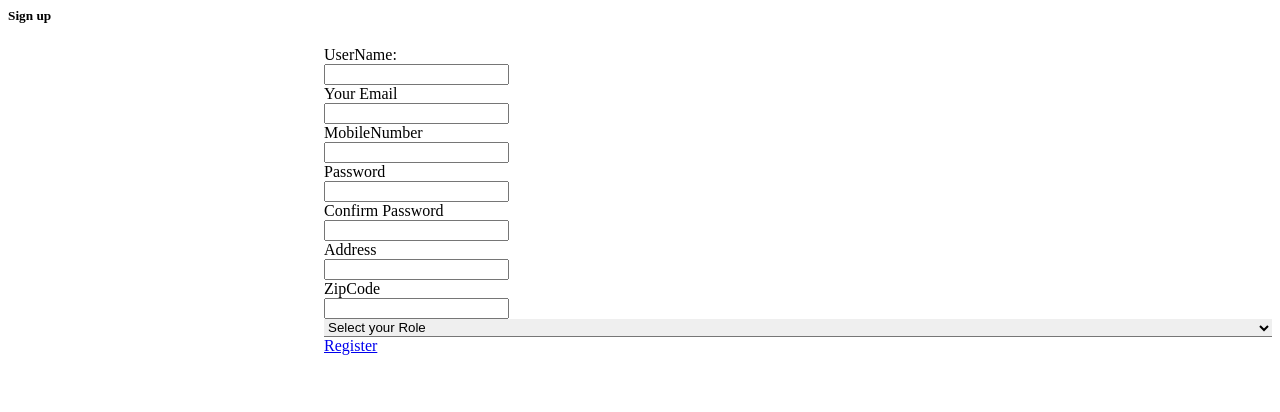
Repository: SUPRIGA/SecondProject
Page: CollaborationFrontEnd/src/main/webapp/user/register.html
These files come from the project's save history. The page is drawn as it stood at one moment and after the next save; the edit follows.
The browser window is 1280 px wide. The pictures show the whole page.

Above is the page before, as saved 2017-01-16 08:56:19.

After the next save:
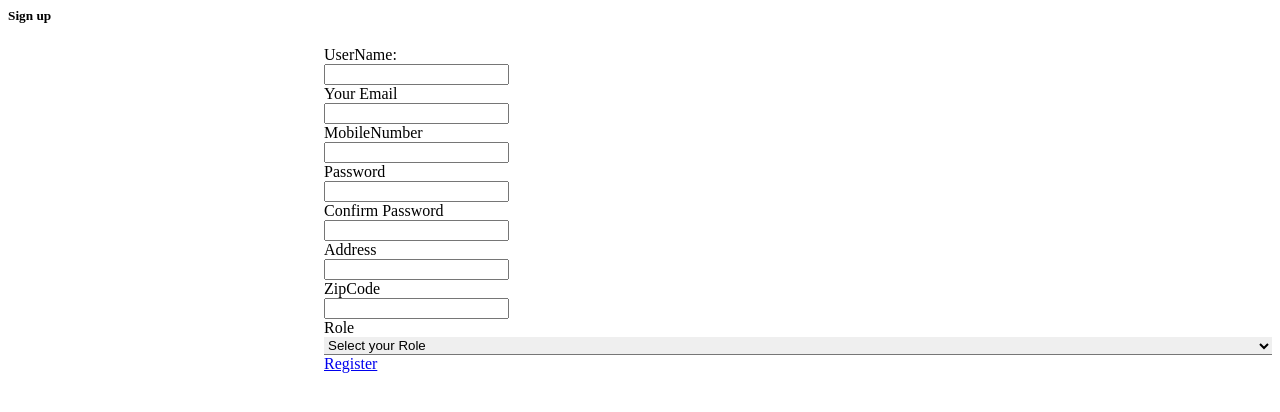
Saved 76 s later.
--- a/CollaborationFrontEnd/src/main/webapp/user/register.html
+++ b/CollaborationFrontEnd/src/main/webapp/user/register.html
@@ -210,14 +210,14 @@
 
 
                <div class="form-group">
-                  <span class="input input--nao" style="margin-top: 0em;" >
+							<label for="confirm" class="cols-sm-2 control-label">Role</label>
 					<select name="role" ng-model="ctrl.user.role" style="outline: none; border-left: none; border-right: none; border-top: none; width: 100%;">
 					<option value="">Select your Role</option>
 						<option value="student">Student</option>
 						<option value="alumini">Alumini</option>
 						<option value="employee">Employee</option>
 					</select>
-				</span><br>
+				<br>
 				</div>
 						<div class="form-group ">
 							<a href="http://deepak646.blogspot.in" target="_blank" type="button" id="button" class="btn btn-primary btn-lg btn-block login-button">Register</a>
